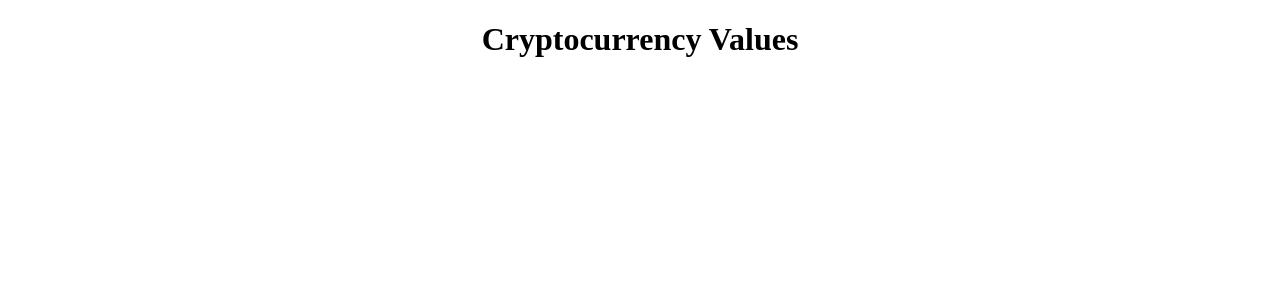
Repository: alejandroacd/cryptocurrency-market
Page: /
The author's editor kept a copy of each file at every save. The page is drawn from the files as they stood at one save, then again after the next save.
The browser window is 1280 px wide. The pictures show the whole page.
The page's requests for data from a server got no answer. The project was rebuilt for these pictures with package versions that can differ from the ones it lists, and the page was loaded fresh each time. No one was signed in, and anything a server would have sent is missing.

Above is the page before, as saved 2021-06-29 12:05:26.

After the next save:
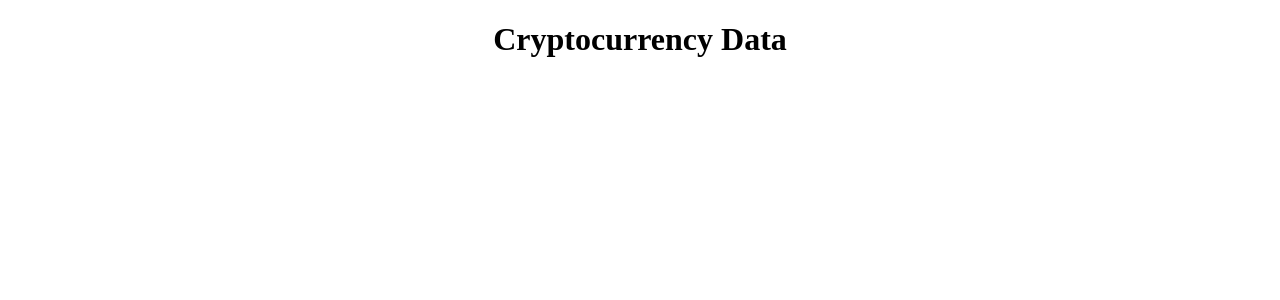
Saved 23 s later.
--- a/src/App.js
+++ b/src/App.js
@@ -21,7 +21,7 @@ function App() {
 
   return (
     <div className="App">
-      <h1>Cryptocurrency Values</h1>
+      <h1>Cryptocurrency Data</h1>
 
     </div>
   );
